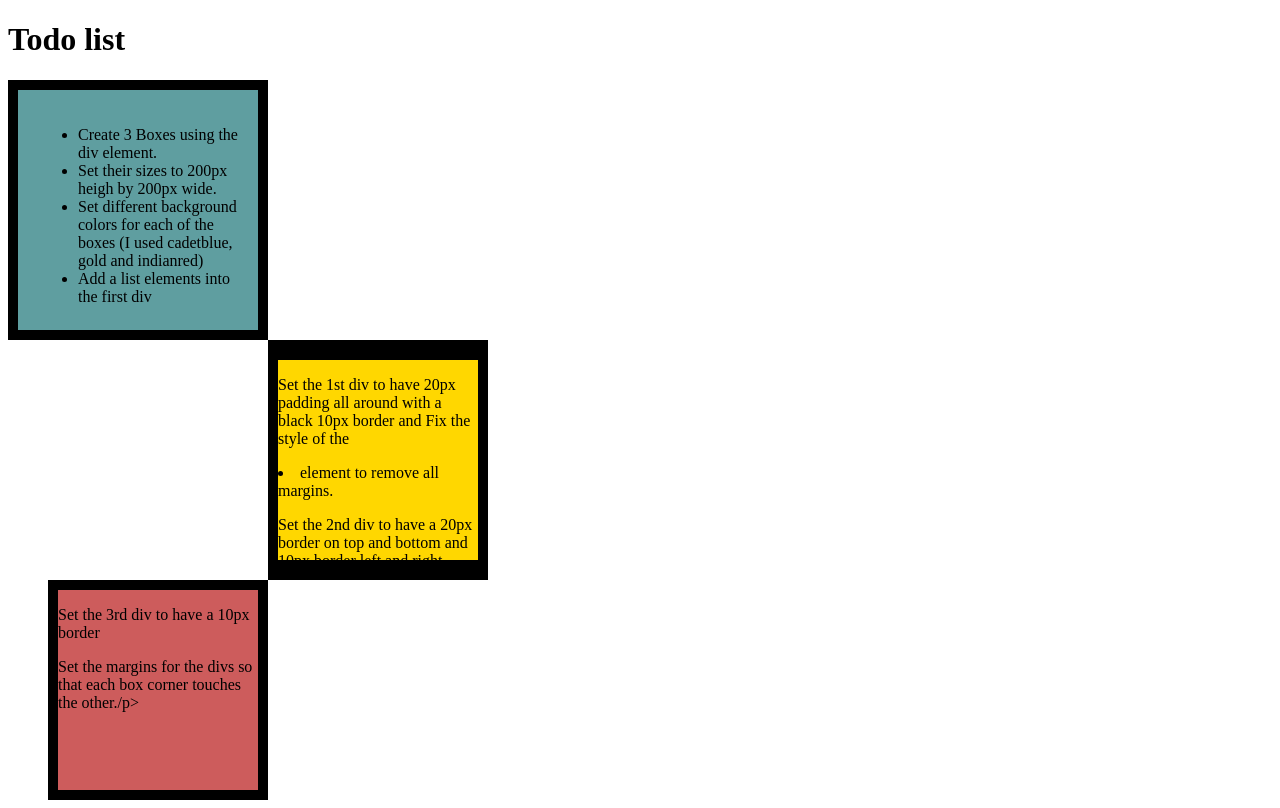
Repository: aniatot/CSS_KT
Page: 6.3 CSS Box Model/index.html
The author's editor kept a copy of each file at every save. The page is drawn from the files as they stood at one save, then again after the next save.
The browser window is 1280 px wide. The pictures show the whole page.

Above is the page before, as saved 2023-10-18 20:14:30.

### 6.3 CSS Box Model/index.html
<!DOCTYPE html>
<html lang="en">

<head>
  <meta charset="UTF-8">
  <title>CSS Box Model</title>
  <style>
    /* Write your CSS code here */
    div {
      height: 200px;
      width: 200px;
    }

    ul li {
      margin: 0;
    }

    #first {
      background-color: cadetblue;
      padding: 20px;
      border: 10px solid black;
    }

    #second {
      background-color: gold;
      border: solid black;
      border-width: 20px 10px;
      margin-left: 260px;
    }

    #third {
      background-color: indianred;
      border: 10px solid black;
      margin-left: 40px;
    }
  </style>

  </style>
</head>

<body>
<h1>Todo list</h1>
<div id="first">
  <ul>
    <li>Create 3 Boxes using the div element. </li>
    <li>Set their sizes to 200px heigh by 200px wide. </li>
    <li>Set different background colors for each of the boxes (I used cadetblue, gold and indianred)</li>
    <li>Add a list elements into the first div</li>
  </ul>
</div>

<div id="second">
  <p>Set the 1st div to have 20px padding all around with a black 10px border and
  Fix the style of the <li> element to remove all margins.</p>
  <p>Set the 2nd div to have a 20px border on top and bottom and 10px border left and right.</p>
</div>
<div id="third">
  <p>Set the 3rd div to have a 10px border</p>
  <p>Set the margins for the divs so that each box corner touches the other./p>
</div>
</body>

</html>

After the next save:
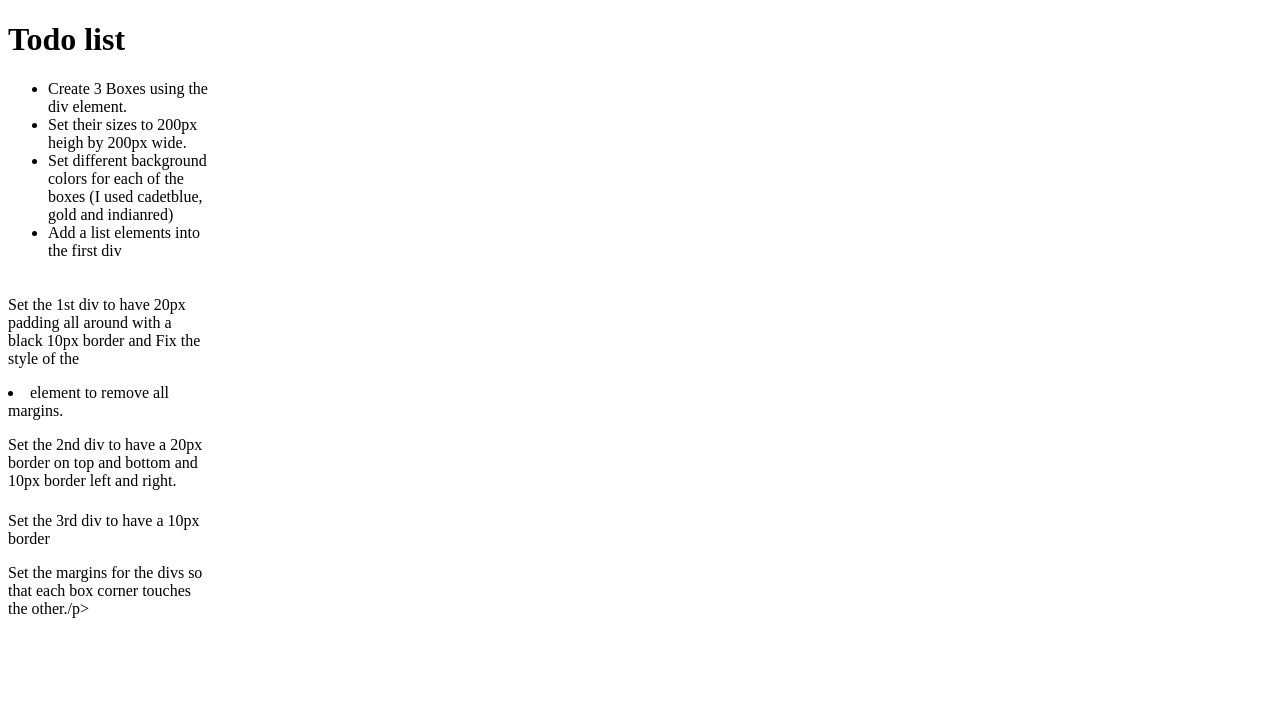
Saved 57 s later.
--- a/6.3 CSS Box Model/index.html
+++ b/6.3 CSS Box Model/index.html
@@ -11,11 +11,11 @@
       width: 200px;
     }
 
-    ul li {
+/*     ul li {
       margin: 0;
-    }
+    } */
 
-    #first {
+/*     #first {
       background-color: cadetblue;
       padding: 20px;
       border: 10px solid black;
@@ -32,7 +32,7 @@
       background-color: indianred;
       border: 10px solid black;
       margin-left: 40px;
-    }
+    } */
   </style>
 
   </style>
